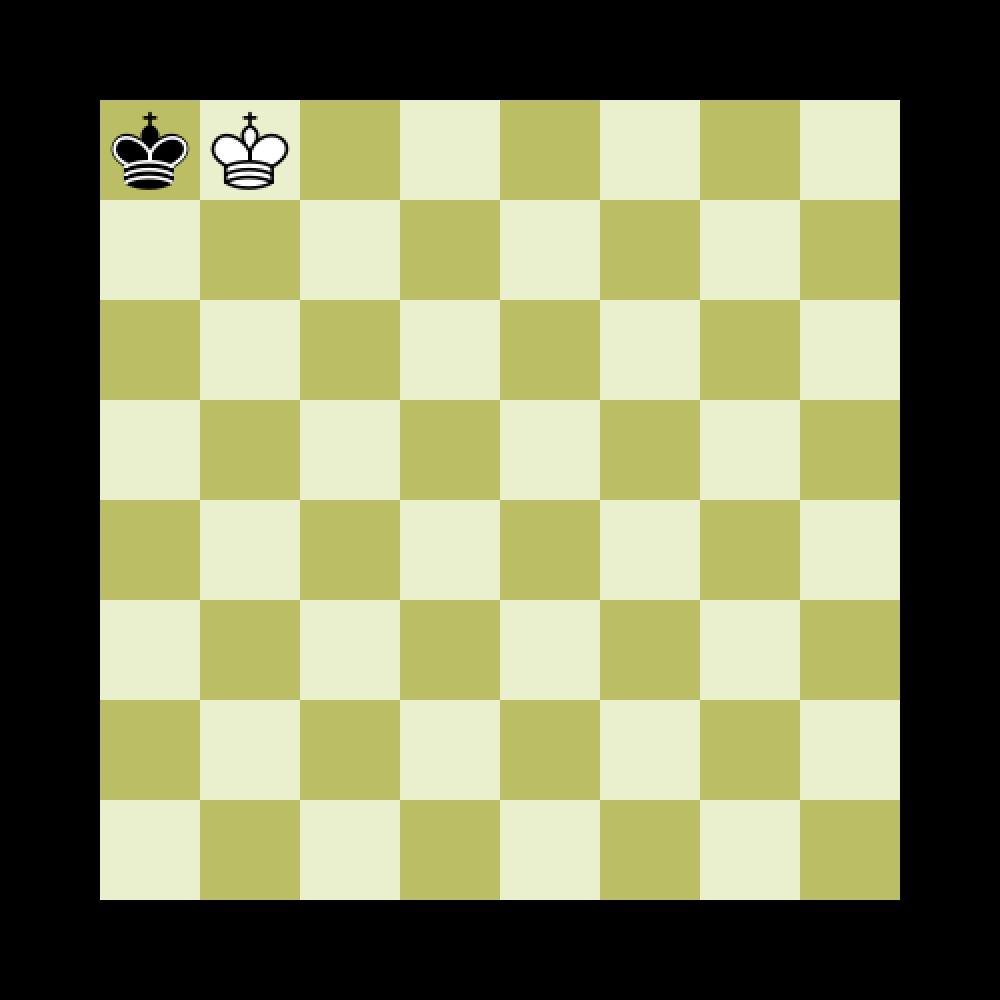
Repository: a-longe/capstone
Script's output: python engine/drag_n_drop_test.py
These files come from the project's save history. The script's output is drawn as it stood at one moment and after a run of saves; the edit follows.
The window is shown after at most 60 frames with no key pressed. Random numbers start from a fixed seed. It also reads engine/images/bK.png, engine/images/wK.png.

Above is the script's output before, as saved 2023-12-15 13:46:24.

### engine/drag_n_drop_test.py
import os
import sys
import pygame as pg
import math

Cord = tuple[int, int]
TOP_LEFT = 100
BOTTOM_RIGHT = 900
SQUARE_SIZE = 100
SCREEN_SIZE = 1000

RECT_DATA = 0
GLYPH = 1

def is_even(n):
    return 0 == n % 2


def is_odd(n):
    return 1 == n % 2

def black_square(surface, image, rect):
    image.fill((187,190,100))
    surface.blit(image, rect)


def white_square(surface, image, rect):
    image.fill((234,240,206))
    surface.blit(image, rect)

def get_snap_cords(x, y) -> Cord:
    return (math.floor(x / SQUARE_SIZE) * SQUARE_SIZE,
            math.floor(y / SQUARE_SIZE) * SQUARE_SIZE)

def fen_to_pieces(fen) -> list[tuple[tuple[int, int, int, int], str]]:
    lo_pieces = []
    pieces = fen.split(' ')[0]
    rows = pieces.split('/')
    r_i = 0
    for row in rows:
        c_i = 0
        for char in row:
            if char.isdigit():
                c_i += int(char) - 1
            else:
                # convert c_i and r_i into square
                lo_pieces.append(((c_i * SQUARE_SIZE + SQUARE_SIZE,
                                   r_i * SQUARE_SIZE + SQUARE_SIZE,
                                    SQUARE_SIZE, SQUARE_SIZE), char))
            c_i += 1
        r_i += 1
    return lo_pieces


IMAGE_DIR = os.path.join(os.path.dirname(os.path.abspath(__file__)), 'images')

def get_piece_img(glyph:str) -> pg.Surface:
    if glyph.isupper():
        color = 'w'
    else:
        color = 'b'
    piece_type = glyph.upper()
    return pg.image.load(os.path.join(IMAGE_DIR, f"{color}{piece_type}.png"))


square_coords = [[i, j] for i in range(TOP_LEFT, BOTTOM_RIGHT, SQUARE_SIZE) \
                for j in range(TOP_LEFT, BOTTOM_RIGHT, SQUARE_SIZE)]


class Piece:
    # A Piece object needs to know about the Board because its behaviour
    # depends on the location of other Piece objects--only the Board knows
    # about them--that's why Board is an argument. It also needs to know its
    # dimensions, so we pass them in rect
    def __init__(self, Board, rect, glyph):
        self.board = Board
        self.rect = pg.Rect(rect)
        # self.cord = square_to_cords(square)
        self.previous_center = self.rect.center
        # a Piece object has a click attribute that is true if the
        # left mouse button is down and on top of the Piece
        self.click = False
        self.image = pg.transform.scale(get_piece_img(glyph), (SQUARE_SIZE,
                                                               SQUARE_SIZE))
        self.is_white = glyph.isupper()

    # Check that the player has been selected and that the mouse will
    # not cause the player to bleed out of bounds.

    # To deal with collisions, save current position, and then move
    # the player to the mouse position. If there is a collision, then
    # move the rectangle back to the previous position.

    # Regardless, draw the player
    def update(self):
        if (self.click):
            self.rect.center = pg.mouse.get_pos()
        self.board.surface.blit(self.image, self.rect)

    def get_map_key(self):
        board_rel_cords = (self.rect[0] - 100,
                           self.rect[1] - 100)
        map_key = sum([int(board_rel_cords[0] / SQUARE_SIZE),
                        int(board_rel_cords[1] / SQUARE_SIZE) * 8])
        return map_key

    def snap_to_square(self) -> None:
        if self.board.mouse_inside_bounds():
            player_cords = (self.rect.center[0], self.rect.center[1])
            self.rect.topleft = get_snap_cords(*player_cords)




class Board:
    # Each position corresponds to the arguments needed to instantiate
    # the PyGame.Rect class: (x, y, width, height) corresponding to a player

    # The Board class updates itself by asking the players to paint themselves.

    # It has a number of methods that exist so other parts of the program can
    # inquire about the current state of the board
    def __init__(self, positions):
        self.surface = pg.display.set_mode((SCREEN_SIZE, SCREEN_SIZE))
        self.piece_map = {}
        for piece_data in positions:
            board_rel_cords = (piece_data[RECT_DATA][0] - 100,
                               piece_data[RECT_DATA][1] - 100)
            map_key = sum([int(board_rel_cords[0] / SQUARE_SIZE),
                          int(board_rel_cords[1] / SQUARE_SIZE) * 8])
            self.piece_map[map_key] = Piece(self, piece_data[RECT_DATA],
                                      piece_data[GLYPH])

    def clear_surface(self):
        self.surface.fill(0)

    def get_players(self):
        return self.piece_map.values()

    def mouse_inside_bounds(self):
        # hard-coded numbers should be fixed
        x, y = pg.mouse.get_pos()
        return (x > TOP_LEFT and x < BOTTOM_RIGHT and
                y > TOP_LEFT and y < BOTTOM_RIGHT)

    def display_grid(self):
        # print("I should be displaying...")
        for x, y in square_coords:
            row = x / 100
            column = y / 100
            rect = pg.Rect([x, y, 100, 100])
            image = pg.Surface(rect.size).convert()
            if not (is_odd(row) ^ is_odd(column)):
                black_square(self.surface, image, rect)
            else:
                white_square(self.surface, image, rect)

    def del_piece(self, map_key):
        del self.piece_map[map_key]

    def on_mouse_down(self):
        for player in self.get_players():
            # The event positions is the mouse coordinates
            if player.rect.collidepoint(pg.mouse.get_pos()):
                if not player.click:
                    # store current center
                    player.previous_center = player.rect.center
                player.click = True

    def on_mouse_up(self):
        for player in self.get_players():
                if player.click:
                    # if valid location and is legal move()
                    if player.board.mouse_inside_bounds() and True:
                        # does player collide with another player
                        colliding_piece = [piece_2 for piece_2 in self.get_players() if piece_2.rect.collidepoint(pg.mouse.get_pos())]
                        colliding_piece.remove(player)
                        if not colliding_piece:
                            # if not colliding with any piece
                            player.snap_to_square()
                        elif player.is_white != colliding_piece[0].is_white:
                            # if colliding with piece with different colour
                            # delete player from player_list and then snap
                            player.snap_to_square()
                            self.del_piece(colliding_piece[0].get_map_key())
                        else:
                            player.rect.center = player.previous_center
                    # else set cords to last square
                    else:
                        player.rect.center = player.previous_center
                player.click = False

    def update_board(self):
        self.clear_surface()
        self.display_grid()
        for player in self.get_players():
            player.update()


def main(Board):
    # listen for events and update board in response to them
    game_event_loop(Board)
    Board.update_board()


# Notice that the event loop has been given its own function. This makes
# the program easier to understand.
def game_event_loop(Board):
    for event in pg.event.get():
        if event.type == pg.MOUSEBUTTONDOWN:
            Board.on_mouse_down()
        elif event.type == pg.MOUSEBUTTONUP:
            Board.on_mouse_up()
        elif event.type == pg.QUIT:
            pg.quit()
            sys.exit()


if __name__ == "__main__":
    os.environ['SDL_VIDEO_CENTERED'] = '1'
    pg.init()
    MyBoard = Board(fen_to_pieces('kK6/8/8/8/8/8/8/8 b - - 99 50'))
    MyClock = pg.time.Clock()
    while True:
        print('\r', MyBoard.piece_map)
        main(MyBoard)
        pg.display.update()
        MyClock.tick(60)

After the next 2 saves:
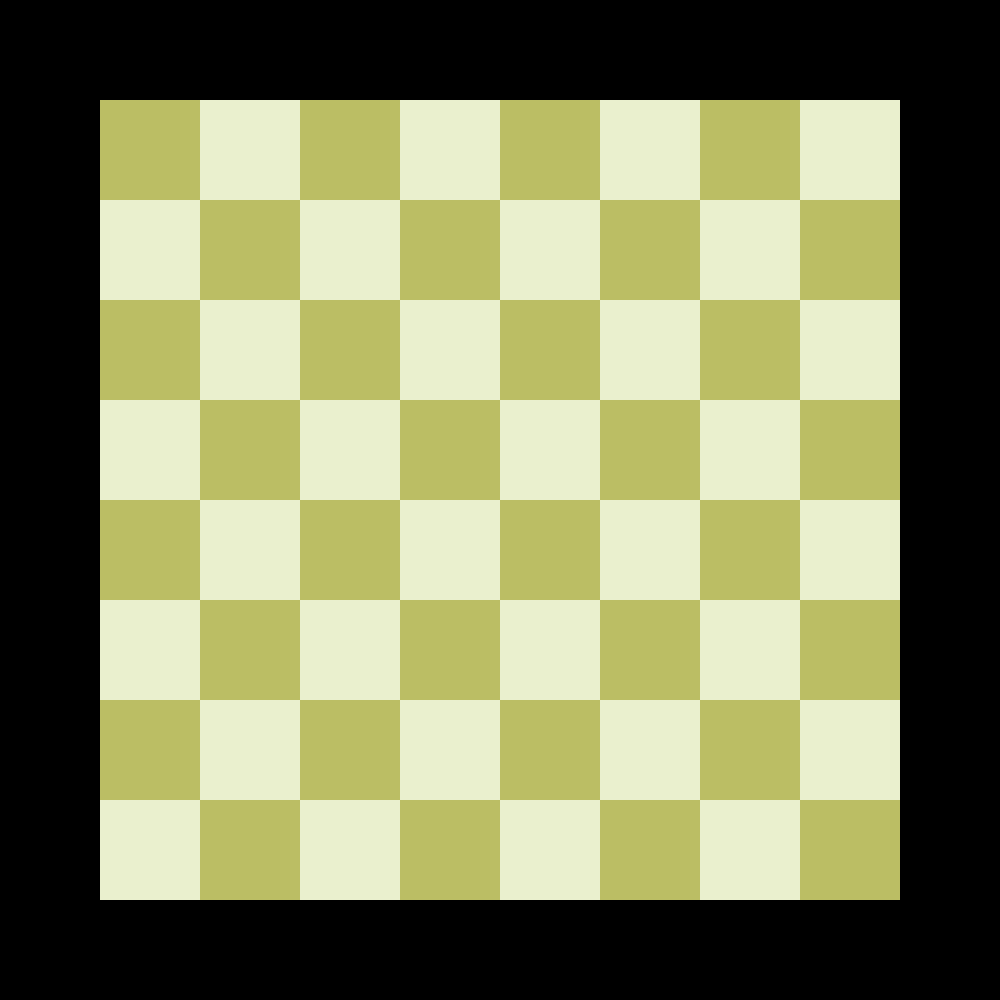
The 2 saves are shown as one change because 1 did not build or start.
The last was saved 2 days later.
--- a/engine/drag_n_drop_test.py
+++ b/engine/drag_n_drop_test.py
@@ -15,14 +15,12 @@
 def is_even(n):
     return 0 == n % 2
 
-
 def is_odd(n):
     return 1 == n % 2
 
 def black_square(surface, image, rect):
     image.fill((187,190,100))
     surface.blit(image, rect)
-
 
 def white_square(surface, image, rect):
     image.fill((234,240,206))
@@ -97,13 +95,6 @@
             self.rect.center = pg.mouse.get_pos()
         self.board.surface.blit(self.image, self.rect)
 
-    def get_map_key(self):
-        board_rel_cords = (self.rect[0] - 100,
-                           self.rect[1] - 100)
-        map_key = sum([int(board_rel_cords[0] / SQUARE_SIZE),
-                        int(board_rel_cords[1] / SQUARE_SIZE) * 8])
-        return map_key
-
     def snap_to_square(self) -> None:
         if self.board.mouse_inside_bounds():
             player_cords = (self.rect.center[0], self.rect.center[1])
@@ -122,26 +113,34 @@
     # inquire about the current state of the board
     def __init__(self, positions):
         self.surface = pg.display.set_mode((SCREEN_SIZE, SCREEN_SIZE))
-        self.piece_map = {}
+        self.players = []
         for piece_data in positions:
-            board_rel_cords = (piece_data[RECT_DATA][0] - 100,
-                               piece_data[RECT_DATA][1] - 100)
-            map_key = sum([int(board_rel_cords[0] / SQUARE_SIZE),
-                          int(board_rel_cords[1] / SQUARE_SIZE) * 8])
-            self.piece_map[map_key] = Piece(self, piece_data[RECT_DATA],
-                                      piece_data[GLYPH])
+            self.players.append(Piece(self, piece_data[RECT_DATA],
+                                    piece_data[GLYPH]))
 
     def clear_surface(self):
         self.surface.fill(0)
 
     def get_players(self):
-        return self.piece_map.values()
-
-    def mouse_inside_bounds(self):
-        # hard-coded numbers should be fixed
-        x, y = pg.mouse.get_pos()
+        return self.players
+
+    def set_players(self, players):
+        self.players = players
+
+    def is_inside_bounds(self, x, y) -> bool:
         return (x > TOP_LEFT and x < BOTTOM_RIGHT and
                 y > TOP_LEFT and y < BOTTOM_RIGHT)
+
+    def mouse_inside_bounds(self):
+        return self.is_inside_bounds(*pg.mouse.get_pos())
+
+    def get_square_index(self, x, y) -> int:
+        if self.is_inside_bounds(x, y):
+            x -= 100
+            y -= 100
+            x //= 100
+            y //= 100
+            return (y * 8) + x
 
     def display_grid(self):
         # print("I should be displaying...")
@@ -155,8 +154,10 @@
             else:
                 white_square(self.surface, image, rect)
 
-    def del_piece(self, map_key):
-        del self.piece_map[map_key]
+    def del_piece(self, piece):
+        all_pieces = self.get_players()
+        all_pieces.remove(piece)
+        self.set_players(all_pieces)
 
     def on_mouse_down(self):
         for player in self.get_players():
@@ -181,8 +182,8 @@
                         elif player.is_white != colliding_piece[0].is_white:
                             # if colliding with piece with different colour
                             # delete player from player_list and then snap
+                            self.del_piece(colliding_piece[0])
                             player.snap_to_square()
-                            self.del_piece(colliding_piece[0].get_map_key())
                         else:
                             player.rect.center = player.previous_center
                     # else set cords to last square
@@ -219,10 +220,9 @@
 if __name__ == "__main__":
     os.environ['SDL_VIDEO_CENTERED'] = '1'
     pg.init()
-    MyBoard = Board(fen_to_pieces('kK6/8/8/8/8/8/8/8 b - - 99 50'))
+    MyBoard = Board(fen_to_pieces('8/8/8/8/8/8/8/8 w - - 0 1'))
     MyClock = pg.time.Clock()
     while True:
-        print('\r', MyBoard.piece_map)
         main(MyBoard)
         pg.display.update()
         MyClock.tick(60)

After the 3 saves that followed:
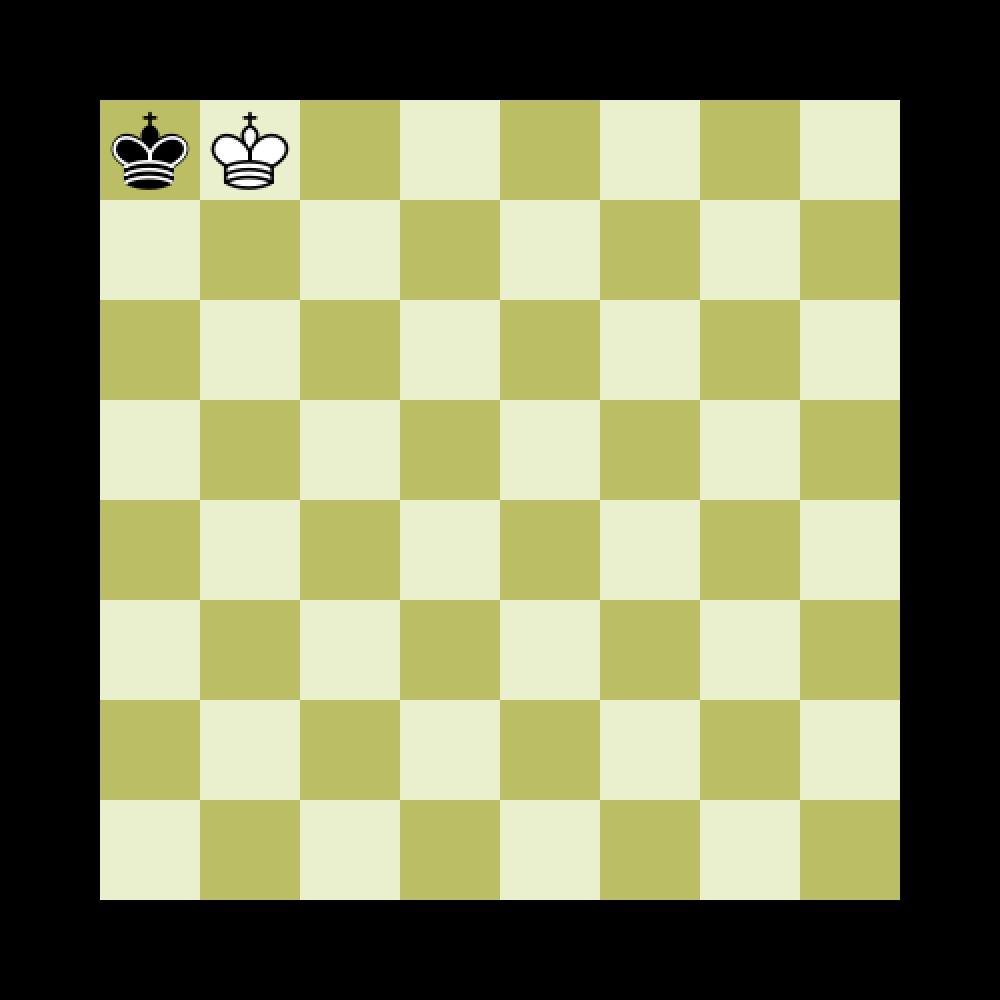
The 3 saves are shown as one change because 2 left the picture as it was.
The last was saved 12 min 4 s later.
--- a/engine/drag_n_drop_test.py
+++ b/engine/drag_n_drop_test.py
@@ -113,37 +113,40 @@
     # inquire about the current state of the board
     def __init__(self, positions):
         self.surface = pg.display.set_mode((SCREEN_SIZE, SCREEN_SIZE))
-        self.players = []
+        self.piece_map = {}
         for piece_data in positions:
-            self.players.append(Piece(self, piece_data[RECT_DATA],
-                                    piece_data[GLYPH]))
+            rect = piece_data[RECT_DATA]
+            glyph = piece_data[GLYPH]
+            square:int = self.get_square_index(*rect[:2])
+            self.piece_map[square] = Piece(self, rect, glyph)
 
     def clear_surface(self):
         self.surface.fill(0)
 
     def get_players(self):
-        return self.players
-
-    def set_players(self, players):
-        self.players = players
+        return self.piece_map.values()
+
+    def set_piece(self, square:int, piece:Piece):
+        self.piece_map[square] = piece
 
     def is_inside_bounds(self, x, y) -> bool:
-        return (x > TOP_LEFT and x < BOTTOM_RIGHT and
-                y > TOP_LEFT and y < BOTTOM_RIGHT)
+        return (x >= TOP_LEFT and x <= BOTTOM_RIGHT and
+                y >= TOP_LEFT and y <= BOTTOM_RIGHT)
 
     def mouse_inside_bounds(self):
         return self.is_inside_bounds(*pg.mouse.get_pos())
 
     def get_square_index(self, x, y) -> int:
-        if self.is_inside_bounds(x, y):
-            x -= 100
-            y -= 100
-            x //= 100
-            y //= 100
-            return (y * 8) + x
+        """
+        Precondition: x, y point must be inside board already
+        """
+        x -= 100
+        y -= 100
+        x //= 100
+        y //= 100
+        return (y * 8) + x
 
     def display_grid(self):
-        # print("I should be displaying...")
         for x, y in square_coords:
             row = x / 100
             column = y / 100
@@ -154,48 +157,47 @@
             else:
                 white_square(self.surface, image, rect)
 
-    def del_piece(self, piece):
-        all_pieces = self.get_players()
-        all_pieces.remove(piece)
-        self.set_players(all_pieces)
+    def del_piece(self, piece:Piece):
+        map_key = self.get_square_index(*piece.rect[:2])
+        del self.piece_map[map_key]
 
     def on_mouse_down(self):
-        for player in self.get_players():
+        for piece in self.get_players():
             # The event positions is the mouse coordinates
-            if player.rect.collidepoint(pg.mouse.get_pos()):
-                if not player.click:
+            if piece.rect.collidepoint(pg.mouse.get_pos()):
+                if not piece.click:
                     # store current center
-                    player.previous_center = player.rect.center
-                player.click = True
+                    piece.previous_center = player.rect.center
+                piece.click = True
 
     def on_mouse_up(self):
-        for player in self.get_players():
-                if player.click:
+        for piece in self.get_players():
+                if piece.click:
                     # if valid location and is legal move()
-                    if player.board.mouse_inside_bounds() and True:
-                        # does player collide with another player
+                    if piece.board.mouse_inside_bounds() and True:
+                        # does piece collide with another piece
                         colliding_piece = [piece_2 for piece_2 in self.get_players() if piece_2.rect.collidepoint(pg.mouse.get_pos())]
-                        colliding_piece.remove(player)
+                        colliding_piece.remove(piece)
                         if not colliding_piece:
                             # if not colliding with any piece
-                            player.snap_to_square()
-                        elif player.is_white != colliding_piece[0].is_white:
+                            piece.snap_to_square()
+                        elif piece.is_white != colliding_piece[0].is_white:
                             # if colliding with piece with different colour
-                            # delete player from player_list and then snap
+                            # delete piece from piece_list and then snap
                             self.del_piece(colliding_piece[0])
-                            player.snap_to_square()
+                            piece.snap_to_square()
                         else:
-                            player.rect.center = player.previous_center
+                            piece.rect.center = piece.previous_center
                     # else set cords to last square
                     else:
-                        player.rect.center = player.previous_center
-                player.click = False
+                        piece.rect.center = piece.previous_center
+                piece.click = False
 
     def update_board(self):
         self.clear_surface()
         self.display_grid()
-        for player in self.get_players():
-            player.update()
+        for piece in self.get_players():
+            piece.update()
 
 
 def main(Board):
@@ -220,7 +222,7 @@
 if __name__ == "__main__":
     os.environ['SDL_VIDEO_CENTERED'] = '1'
     pg.init()
-    MyBoard = Board(fen_to_pieces('8/8/8/8/8/8/8/8 w - - 0 1'))
+    MyBoard = Board(fen_to_pieces('kK6/8/8/8/8/8/8/8 w - - 0 1'))
     MyClock = pg.time.Clock()
     while True:
         main(MyBoard)
